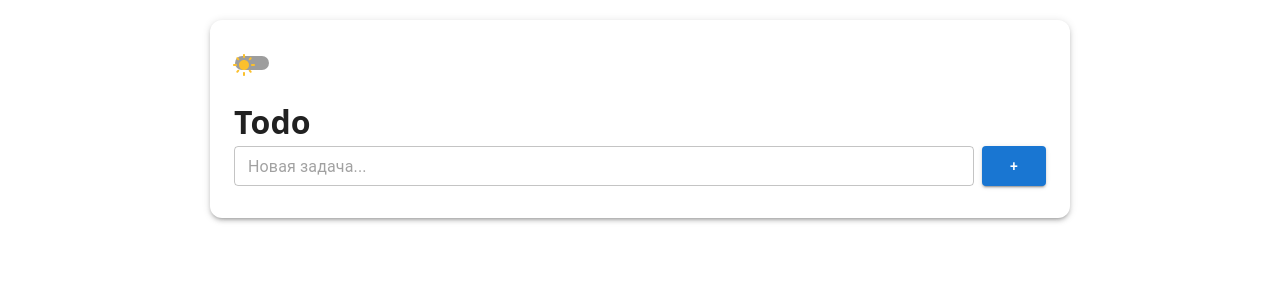
Repository: Burnmyheart/todo-app
Page: /
These files come from the project's save history. The page is drawn as it stood at one moment and after the next save; the edit follows.
The browser window is 1280 px wide. The pictures show the whole page.
The project was rebuilt for these pictures with package versions that can differ from the ones it lists, and the page was loaded fresh each time. Also part of the build but not shown: vite.config.ts, src/components/EditTodo/EditTodo.tsx, src/components/TodoItem/TodoItem.tsx, src/components/TodoList/TodoList.tsx.

Above is the page before, as saved 2025-09-25 20:45:29.

### src/index.css
/* Сброс браузерных стилей */
* {
  margin: 0;
  padding: 0;
  box-sizing: border-box;
}

html, body, #root {
  width: 100%;
  height: 100%;
  font-family: system-ui, -apple-system, BlinkMacSystemFont, "Segoe UI", Roboto, Helvetica, Arial, sans-serif;
  background-color: #fff;
  color: #000;
}


a {
  color: inherit;
  text-decoration: none;
}


button {
  font-family: inherit;
  font-size: 1rem;
  cursor: pointer;
  border: none;
  background: none;
}


h1, h2, h3, h4, h5, h6 {
  font-weight: 600;
}

### src/App.tsx
import React, { useState, useEffect } from "react";
import AddTodo from "./components/AddTodo/AddTodo";
import TodoList from "./components/TodoList/TodoList";
import { saveGroups, loadGroups } from "./utils/localStorage";
import type { TodoGroup } from "./types";

import {
  ThemeProvider,
  CssBaseline,
  Paper,
  Switch,
  FormControlLabel,
} from "@mui/material";
import { createTheme } from "@mui/material/styles";
import DarkModeIcon from "@mui/icons-material/DarkMode";
import LightModeIcon from "@mui/icons-material/LightMode";

const App: React.FC = () => {
  const [groups, setGroups] = useState<TodoGroup[]>([]);
  const [darkMode, setDarkMode] = useState(false);

  useEffect(() => {
    setGroups(loadGroups());
  }, []);

  useEffect(() => {
    saveGroups(groups);
  }, [groups]);

  const theme = createTheme({
    palette: {
      mode: darkMode ? "dark" : "light",
    },
  });

  const addGroup = (title: string) => {
    const newGroup: TodoGroup = {
      id: Date.now(),
      title,
      tasks: [],
      createdAt: new Date(),
    };
    setGroups((prev) => [...prev, newGroup]);
  };

  const updateGroup = (updated: TodoGroup) => {
    setGroups((prev) =>
      prev.map((group) => (group.id === updated.id ? updated : group))
    );
  };

  return (
    <div style={{ padding: "20px", maxWidth: "900px", margin: "0 auto" }}>
      <ThemeProvider theme={theme}>
        <CssBaseline />
        <Paper
          elevation={3}
          sx={{
            p: 3,
            borderRadius: 3,
            bgcolor: darkMode ? "background.default" : "#fff",
          }}
        >
          <FormControlLabel
            control={
              <Switch
                checked={darkMode}
                onChange={() => setDarkMode((prev) => !prev)}
                color="default"
                icon={<LightModeIcon sx={{ color: "#fbc02d" }} />}
                checkedIcon={<DarkModeIcon sx={{ color: "#90caf9" }} />}
              />
            }
            label={darkMode}
            sx={{ mb: 2 }}
          />

          <h1>Todo</h1>
          <AddTodo onAdd={addGroup} />
          {groups.map((group) => (
            <TodoList
              key={group.id}
              group={group}
              onUpdateGroup={updateGroup}
            />
          ))}
        </Paper>
      </ThemeProvider>
    </div>
  );
};

export default App;

### src/components/AddTodo/AddTodo.tsx
import React, { useState } from "react";
import { TextField, Button, Stack } from "@mui/material";

interface AddTodoProps {
  onAdd: (text: string) => void;
}

const AddTodo: React.FC<AddTodoProps> = ({ onAdd }) => {
  const [text, setText] = useState("");
  const [error, setError] = useState(false);

  const handleAdd = () => {
    if (!text.trim()) {
      setError(true);
      return;
    }
    onAdd(text);
    setText("");
    setError(false);
  };

  return (
    <Stack direction="row" spacing={1} sx={{ mb: 1 }}>
      <TextField
        value={text}
        onChange={(e) => { setText(e.target.value); setError(false); }}
        size="small"
        placeholder="Новая задача..."
        onKeyDown={(e) => e.key === "Enter" && handleAdd()}
        error={error}
        helperText={error ? "Поле не может быть пустым" : ""}
        fullWidth
      />
      <Button variant="contained" onClick={handleAdd}>+</Button>
    </Stack>
  );
};

export default AddTodo;

### src/utils/localStorage.tsx
import type { TodoGroup } from "../types";

const GROUPS_KEY = "todoGroups";

export const saveGroups = (groups: TodoGroup[]) => {
  localStorage.setItem(GROUPS_KEY, JSON.stringify(groups));
};

export const loadGroups = (): TodoGroup[] => {
  const data = localStorage.getItem(GROUPS_KEY);
  if (!data) return [];

  const groups: TodoGroup[] = JSON.parse(data);

  // Конвертируем строки обратно в Date
  return groups.map(group => ({
    ...group,
    createdAt: new Date(group.createdAt),
    tasks: group.tasks.map(task => ({ ...task, createdAt: new Date(task.createdAt) })),
  }));
};

Loaded but not shown: index.html (common file); src/main.tsx (common file)

After the next save:
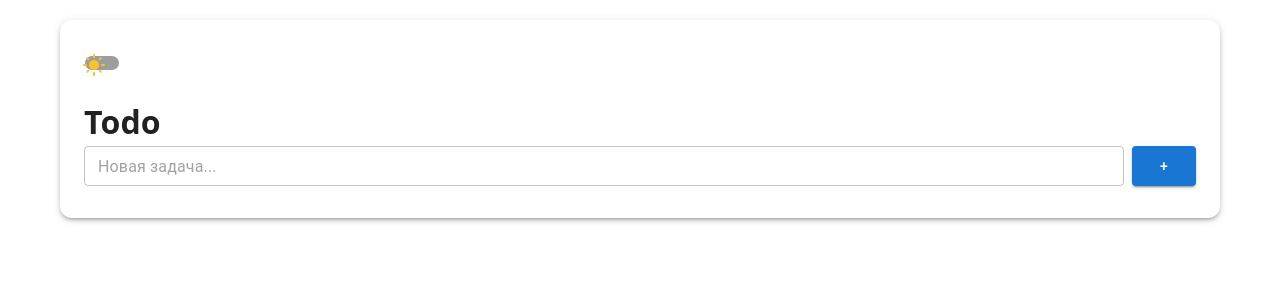
Saved 68 s later.
--- a/src/App.tsx
+++ b/src/App.tsx
@@ -50,7 +50,7 @@ const App: React.FC = () => {
   };
 
   return (
-    <div style={{ padding: "20px", maxWidth: "900px", margin: "0 auto" }}>
+    <div style={{ padding: "20px", maxWidth: "1200px", margin: "0 auto" }}>
       <ThemeProvider theme={theme}>
         <CssBaseline />
         <Paper
